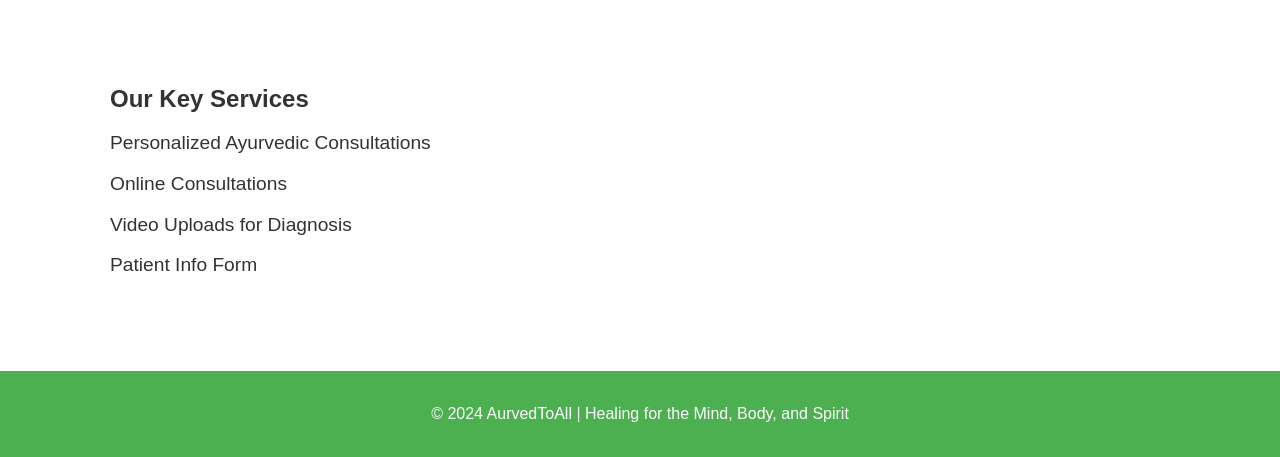
Repository: user07om/AyurvedClinicApp
Page: http://localhost/
The author's editor kept a copy of each file at every save. The page is drawn from the files as they stood at one save, then again after the next save.
The browser window is 1280 px wide. The pictures show the part of the page from y = 847 to 1799 px (the page is 1304 px tall before and 1799 px after).
The page is served by the project's application, run on Flask 3 (app.py).

Above is the page before, as saved 2024-10-03 01:18:41.

### AurvedWeb/templates/index.html
<!DOCTYPE html>
<html lang="en">
<head>
    <meta charset="UTF-8">
    <meta name="viewport" content="width=device-width, initial-scale=1.0">
    <title>AurvedToAll</title>
    <link rel="stylesheet" href="{{ url_for('static', filename='styles.css') }}">
</head>
<body>
    <!-- Header Section -->
    <header>
        <div class="container">
            <h1>AurvedToAll</h1>
            <nav>
                <ul>
                    <li><a href="/">Home</a></li>
                    <li><a href="/upload">Upload Videos</a></li>
                    <li><a href="/consultation">Consultation</a></li>
                    <li><a href="/patient_info">Patient Info</a></li>
                </ul>
            </nav>
        </div>
    </header>

    <!-- Hero Section -->
    <section class="hero">
        <video autoplay muted loop>
            <source src="{{ url_for('static', filename='sample_video.mp4') }}" type="video/mp4">
            Your browser does not support the video tag.
        </video>
        <div class="hero-content">
            <h2>Experience the Healing Power of Ayurveda</h2>
            <p>Holistic care for your mind, body, and spirit.</p>
        </div>
    </section>

    <!-- Main Content -->
    <main>
        <section class="intro">
            <div class="container">
                <h2>Welcome to AurvedToAll</h2>
                <p>At our clinic, we are dedicated to restoring harmony and balance to your mind, body, and spirit through the time-honored practices of Ayurveda. Discover the transformative power of Ayurveda with us.</p>
            </div>
        </section>

        <section class="features">
            <div class="container">
                <h2>Our Key Services</h2>
                <ul>
                    <li>Personalized Ayurvedic Consultations</li>
                    <li>Online Consultations</li>
                    <li>Video Uploads for Diagnosis</li>
                    <li>Patient Info Form</li>
                </ul>
            </div>
        </section>
    </main>

    <!-- Footer Section -->
    <footer>
        <div class="container">
            <p>&copy; 2024 AurvedToAll | Healing for the Mind, Body, and Spirit</p>
        </div>
    </footer>
</body>
</html>

### AurvedWeb/app.py
from flask import Flask, render_template, request, redirect, url_for, flash
import os

app = Flask(__name__)
app.secret_key = 'your_secret_key'  # Change this to a random secret key
app.config['UPLOAD_FOLDER'] = 'uploads'
app.config['MAX_CONTENT_LENGTH'] = 16 * 1024 * 1024  # Limit upload size to 16 MB

# Define allowed extensions for video and file uploads
ALLOWED_EXTENSIONS = {'mp4'}

def allowed_file(filename):
    return '.' in filename and filename.rsplit('.', 1)[1].lower() in ALLOWED_EXTENSIONS

@app.route('/')
def home():
    return render_template('index.html')

@app.route('/upload', methods=['GET', 'POST'])
def upload():
    if request.method == 'POST':
        if 'files[]' not in request.files:
            flash('No file part')
            return redirect(request.url)

        files = request.files.getlist('files[]')
        for file in files:
            if file and allowed_file(file.filename):
                filename = secure_filename(file.filename)
                file.save(os.path.join(app.config['UPLOAD_FOLDER'], filename))

        flash('Videos uploaded successfully!')
        return redirect(url_for('upload'))

    return render_template('upload.html')

@app.route('/consultation', methods=['GET', 'POST'])
def consultation():
    if request.method == 'POST':
        # Here, you would typically save the consultation request to a database
        flash('Consultation booked successfully!')
        return redirect(url_for('consultation'))

    return render_template('consultation.html')

@app.route('/patient_info', methods=['GET', 'POST'])
def patient_info():
    if request.method == 'POST':
        # Here, you would typically save patient information to a database
        flash('Patient information submitted successfully!')
        return redirect(url_for('patient_info'))

    return render_template('patient_info.html')

if __name__ == '__main__':
    app.run(debug=True)

### AurvedWeb/static/styles.css
* {
    margin: 0;
    padding: 0;
    box-sizing: border-box;
}

body {
    font-family: Arial, sans-serif;
    line-height: 1.6;
    color: #333;
}

header {
    background: #4CAF50;
    color: white;
    padding: 20px 0;
    text-align: center;
}

header .container {
    display: flex;
    justify-content: space-between;
    align-items: center;
}

header h1 {
    margin: 0;
}

nav ul {
    list-style: none;
    display: flex;
    gap: 20px;
}

nav a {
    color: white;
    text-decoration: none;
    font-weight: bold;
}

nav a:hover {
    text-decoration: underline;
}

/* Hero Section */
.hero {
    position: relative;
    height: 80vh;
    overflow: hidden;
}

.hero video {
    position: absolute;
    top: 0;
    left: 0;
    width: 100%;
    height: 100%;
    object-fit: cover;
}

.hero-content {
    position: relative;
    z-index: 2;
    color: white;
    text-align: center;
    top: 50%;
    transform: translateY(-50%);
}

.hero-content h2 {
    font-size: 3em;
    margin-bottom: 10px;
}

.hero-content p {
    font-size: 1.5em;
}

/* Main Content */
main {
    padding: 20px;
}

.intro, .features {
    margin-bottom: 40px;
}

.container {
    max-width: 1100px;
    margin: 0 auto;
    padding: 20px;
}

.intro h2, .features h2 {
    margin-bottom: 10px;
}

.features ul {
    list-style: none;
}

.features ul li {
    margin-bottom: 10px;
    font-size: 1.2em;
}

/* Footer */
footer {
    background: #4CAF50;
    color: white;
    padding: 10px 0;
    text-align: center;
    position: relative;
    bottom: 0;
    width: 100%;
}

footer p {
    margin: 0;
}

/* Media Queries */
@media (max-width: 768px) {
    header .container {
        flex-direction: column;
    }

    .hero-content h2 {
        font-size: 2em;
    }

    .hero-content p {
        font-size: 1.2em;
    }
}

After the next save:
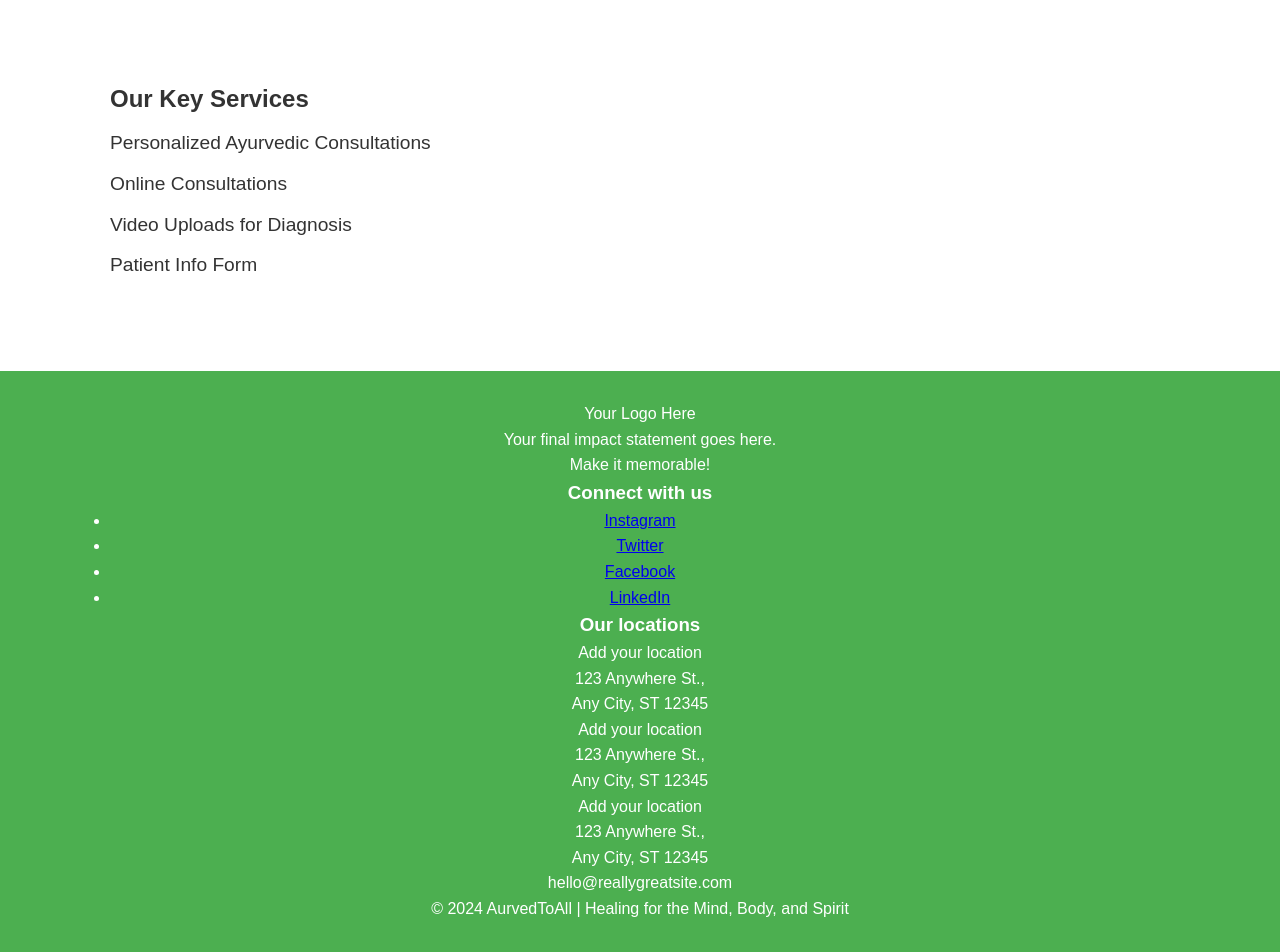
Saved 2 days later.
--- a/AurvedWeb/templates/index.html
+++ b/AurvedWeb/templates/index.html
@@ -59,6 +59,34 @@
     <!-- Footer Section -->
     <footer>
         <div class="container">
+            <div class="footer-content">
+                <div class="footer-column">
+                    <div class="logo-placeholder">
+                        <p>Your Logo Here</p>
+                    </div>
+                </div>
+                <div class="footer-column">
+                    <p>Your final impact statement goes here.<br>Make it memorable!</p>
+                </div>
+                <div class="footer-column">
+                    <h3>Connect with us</h3>
+                    <ul class="social-links">
+                        <li><a href="#">Instagram</a></li>
+                        <li><a href="#">Twitter</a></li>
+                        <li><a href="#">Facebook</a></li>
+                        <li><a href="#">LinkedIn</a></li>
+                    </ul>
+                </div>
+                <div class="footer-column">
+                    <h3>Our locations</h3>
+                    <p>Add your location<br>123 Anywhere St.,<br>Any City, ST 12345</p>
+                    <p>Add your location<br>123 Anywhere St.,<br>Any City, ST 12345</p>
+                    <p>Add your location<br>123 Anywhere St.,<br>Any City, ST 12345</p>
+                </div>
+                <div class="footer-column">
+                    <p>hello@reallygreatsite.com</p>
+                </div>
+            </div>
             <p>&copy; 2024 AurvedToAll | Healing for the Mind, Body, and Spirit</p>
         </div>
     </footer>
